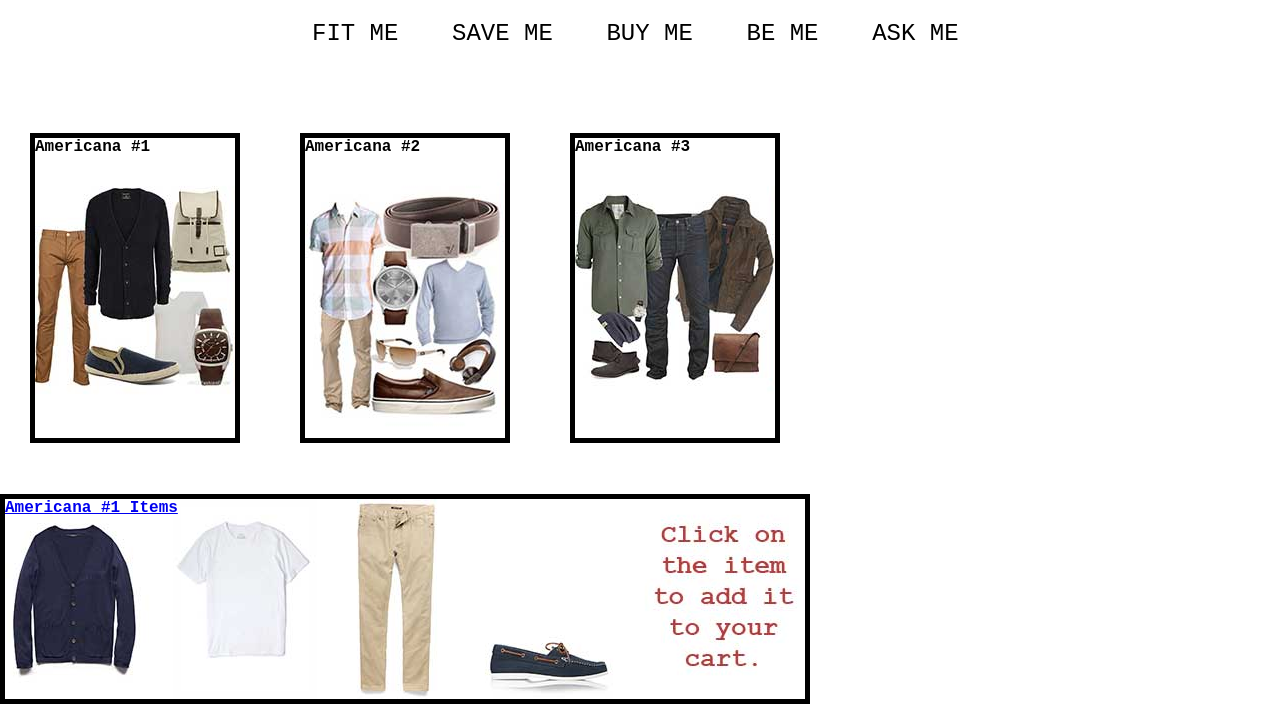
Repository: kesquili/kesquili.github.io
Page: fitin/buyme_americana.html
The author's editor kept a record of every edit. The page is drawn from the files as they stood at one moment, then again after the next edit.
The browser window is 1280 px wide. The pictures show the whole page.

Above is the page before.

### fitin/buyme_americana.html
<!doctype html>
<html>
<head>
<meta charset="UTF-8">
<title>FitIn</title>
<link href="styles.css" rel="stylesheet" type="text/css">
</head>

<body>
        <nav>
        <ul>
          <li><a href="fitme.html">FIT ME</a></li>
          <li><a href="saveme.html">SAVE ME</a></li>
          <li><a href="buyme_americana.html">BUY ME</a></li>
          <li><a href="beme.html">BE ME</a></li>
          <li><a href="askme.html">ASK ME</a></li>
        </ul>
        </nav>
        <br>
        <br>
        <div class="results">
            <h4 id="americana3">Americana #1</h4>
            <h4 id="americana2">Americana #2</h4>
            <h4 id="americana1">Americana #3</h4>
        </div>
        <div class="breakdown">
            <h4 id="americana"><a href="saveme.html">Americana #1 Items</a></h4>
        </div>

<script type="text/javascript" src="jquery-1.11.2.min.js"></script>
<script type="text/javascript" src="script.js"></script>

</body>
</html>

### fitin/styles.css
@charset "UTF-8";
/* CSS Document */

body {
font: 14px;
font-style: bold;
font-family: "Courier New", Courier;
margin: 0;
padding: 0;
}

.wrapper {
	width: 900px;
	margin: 0 auto;
	background-color: #eee;
	height: 100%;
}
nav {
    width: 700px;
    margin: 0 auto;
    padding: 20px;
}
nav a{
    color: black;
    text-decoration: none;
    font-size: 24px;
    margin: 10px 20px;
    border: 2px solid transparent;
}
nav a:hover {
	color: #9C0310;
	border: 2px dotted #9C0310;
}

ul{
    list-style-type: none;
    margin: 0;
    padding: 0;
}

li{
    display: inline;
}

select{
}

.form{
    margin: 0 auto;
}

.form h4{
    font-size: 20px;
}
.results h4:hover {
	background-position: 0px auto;
	background-position: 200px 0%;
}
.results #hipster1{
	border: 5px;
	border-color: black;
	border-style: solid;
	margin: 30px;
	width: 200px;
	height: 300px;
	float: left;
	background-image: url(Images/hipstersprite1.jpg);
}
.results #hipster2{
	border: 5px;
	border-color: black;
	border-style: solid;
	margin: 30px;
	width: 200px;
	height: 300px;
	float: left;
	background-image: url(Images/hipstersprite2.jpg);
}
.results #hipster3{
	border: 5px;
	border-color: black;
	border-style: solid;
	margin: 30px;
	width: 200px;
	height: 300px;
	float: left;
	background-image: url(Images/hipstersprite3.jpg);
}
.breakdown #hipster {
	border: 5px solid #060606;
	width: 800px;
	height: 200px;
	margin: 30px;
	display: block;
	background-image: url(Images/hipsterbreakdown1.jpg);
}
.breakdown #hipster:hover {
	border: 5px solid #060606;
	width: 800px;
	height: 200px;
	margin: 30px;
	display: block;
	background-image: url(Images/hipsterbreakdown2.jpg);
}


.results #urban1{
	border: 5px;
	border-color: black;
	border-style: solid;
	margin: 30px;
	width: 200px;
	height: 300px;
	float: left;
	background-image: url(Images/urbansprite1.jpg);
}
.results #urban2{
	border: 5px;
	border-color: black;
	border-style: solid;
	margin: 30px;
	width: 200px;
	height: 300px;
	float: left;
	background-image: url(Images/urbansprite2.jpg);
}
.results #urban3{
	border: 5px;
	border-color: black;
	border-style: solid;
	margin: 30px;
	width: 200px;
	height: 300px;
	float: left;
	background-image: url(Images/urbansprite3.jpg);
}

.breakdown #urban {
	background-image: url(Images/urbanbreakdown1.jpg);
	width: 800px;
	height: 200px;
}
.breakdown #urban:hover  {
	background-image: url(Images/urbanbreakdown2.jpg);
}

.results #americana3{
	border: 5px;
	border-color: black;
	border-style: solid;
	margin: 30px;
	width: 200px;
	height: 300px;
	float: left;
	background-image: url(Images/americanasprite3.jpg);
}
.results #americana2{
	border: 5px;
	border-color: black;
	border-style: solid;
	margin: 30px;
	width: 200px;
	height: 300px;
	float: left;
	background-image: url(Images/americanasprite2.jpg);
}
.results #americana1{
	border: 5px;
	border-color: black;
	border-style: solid;
	margin: 30px;
	width: 200px;
	height: 300px;
	float: left;
	background-image: url(Images/americanasprite1.jpg);
}

.breakdown #americana{
	width: 800px;
	height: 200px;
	border: 5px;
	border-color: black;
	border-style: solid;
	float: left;
	position: relative;
	background-image: url(Images/americanabreakdown1.jpg);
}
.breakdown #americana:hover {
	width: 800px;
	height: 200px;
	border: 5px;
	border-color: black;
	border-style: solid;
	float: left;
	position: relative;
	background-image: url(Images/americanabreakdown2.jpg);
}

.breakdown h4{
	border: 5px;
	border-color: black;
	border-style: solid;
	float: left;
	position: relative;
}

.sideimage {
	border: 10px solid black;
	width: 300px;
	height: 460px;
	float: left;
	margin-right: 12px;
	background-image: url(Images/Ask-Me.jpg);
}

.signup{
    margin-left: 20px;
    float: left;
}

.sell{
    display: block;
    float: left;
    max-width: 500px;
    min-width: 400px;
}

h6{
    font-size: 12px;
    font-family: Helvetica, sans-serif;
    padding: 0;
    display: inline-block;
    width: 120px;
    text-align: right;
    margin: 5px 0;
}

input {
    background-color: red;
    color: white;
    border: none;
    outline: none;
}

.closet {
	margin-left: auto;
	margin-right: auto;
	display: block;
	position: relative;
	/* [disabled]clear: both; */
}
.closet h4{
	border: 5px;
	border-color: black;
	border-style: solid;
	margin-top: 30px;
	margin-right: 30px;
	margin-left: 30px;
	margin-bottom: 30px;
	width: 200px;
	height: 300px;
	float: left;
}
.closet #closet1 {
	margin-left: auto;
	margin-right: auto;
	display: block;
	position: relative;
	/* [disabled]clear: both; */
	background-image: url(Images/americanasprite3.jpg);
}
.closet #closet2 {
	margin-left: 30px;
	margin-right: 30px;
	display: block;
	position: relative;
	/* [disabled]clear: both; */
	background-image: url(Images/hipstersprite3.jpg);
}
.closet #closet3 {
	margin-left: 30px;
	margin-right: 30px;
	display: block;
	position: relative;
	/* [disabled]clear: both; */
	background-image: url(Images/closet3.jpg);
}
.closet #closet4 {
	margin-left: 30px;
	margin-right: 30px;
	display: block;
	position: relative;
	/* [disabled]clear: both; */
	background-image: url(Images/closet4.jpg);
}
.closet #closet5 {
	margin-left: 30px;
	margin-right: 30px;
	display: block;
	position: relative;
	/* [disabled]clear: both; */
	background-image: url(Images/closet5.jpg);
}

.form form a {
	text-decoration: none;
	color: #9C0310;
	font-family: Courier New, Courier;
	font-weight: bold;
}

### fitin/script.js

 $("#americana3").click(function(){
        $("#americana").toggle();
});


$("#urban2").click(function(){
        $("#urban").toggle();
});

$("#hipster3").click(function(){
        $("#hipster").toggle();
});

Loaded but not shown: fitin/jquery-1.11.2.min.js (library)

After the next edit:
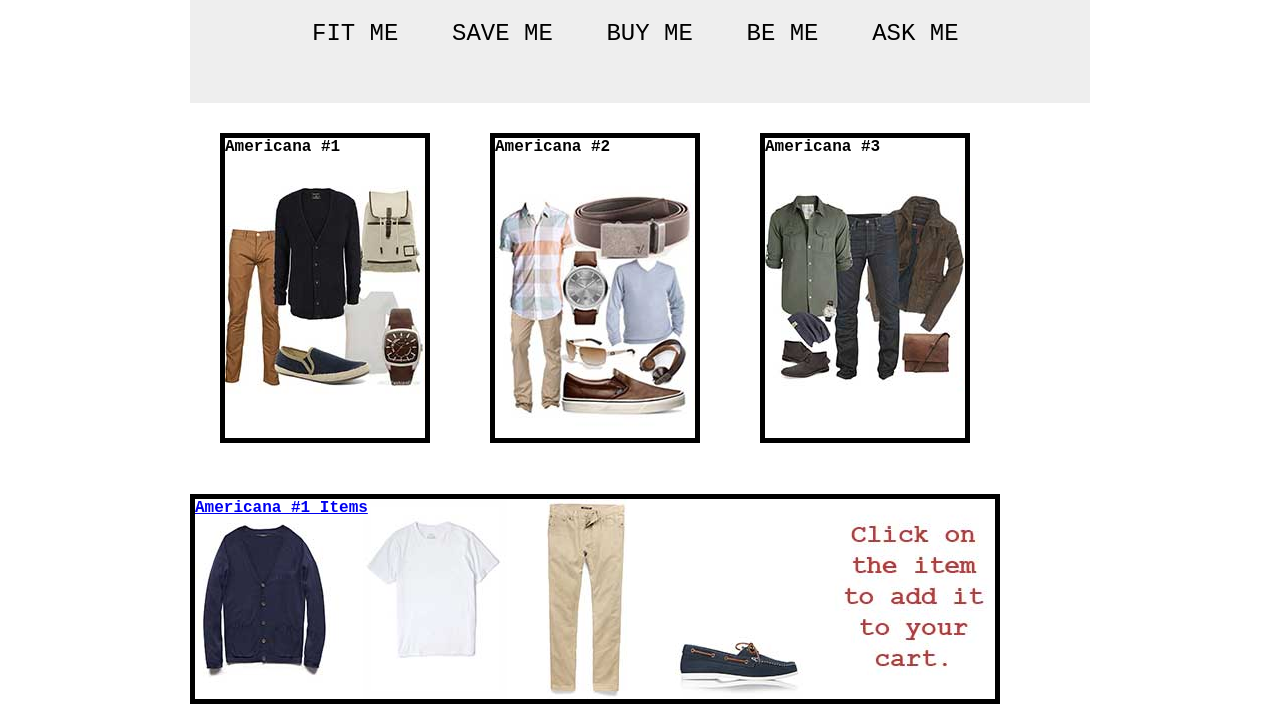
The edit:
--- a/fitin/buyme_americana.html
+++ b/fitin/buyme_americana.html
@@ -7,6 +7,7 @@
 </head>
 
 <body>
+    <div class="wrapper">
         <nav>
         <ul>
           <li><a href="fitme.html">FIT ME</a></li>
